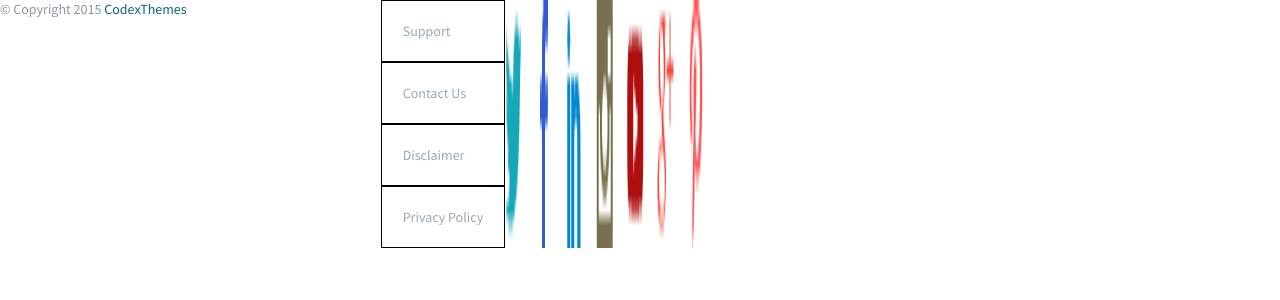
Repository: flylessbird/shop_cart
Page: html/footer.html
The author's editor kept a copy of each file at every save. The page is drawn from the files as they stood at one save, then again after the next save.
The browser window is 1280 px wide. The pictures show the whole page.
The style sheet was rebuilt from its Sass, Less or Tailwind sources for each picture, by a compiler version that may differ from the author's.

Above is the page before, as saved 2022-05-10 15:36:20.

After the next save:
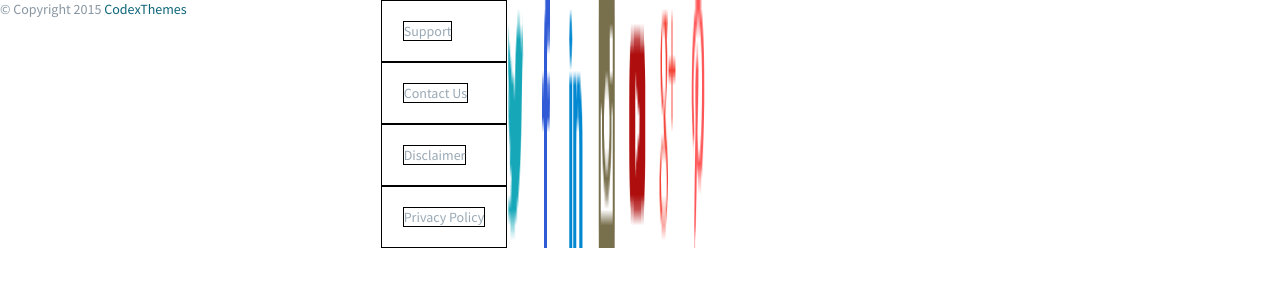
Saved 4 s later.
--- a/css/footer.scss
+++ b/css/footer.scss
@@ -24,7 +24,7 @@
       }
       a {
         color: $grey_ava;
-
+border: 1px solid #000;
         text-decoration: none;
       }
     }
